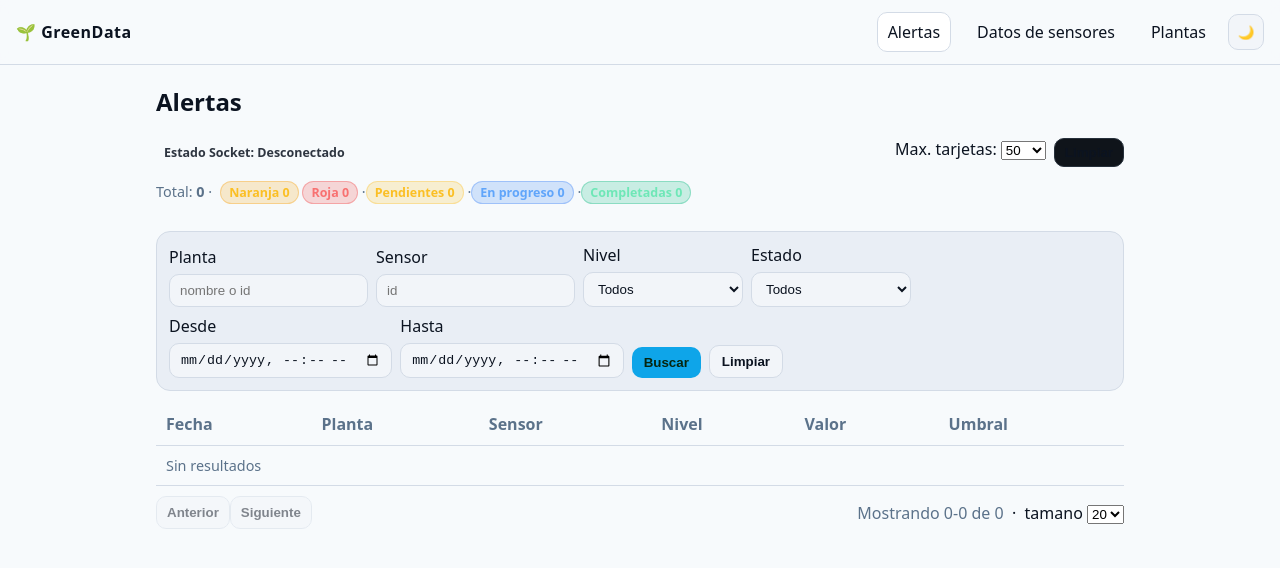
Repository: vicente3000/Sistema-de-sensores
Page: /alertas (app in frontend/)
An editor plug-in stored every save of this project. The page is shown before and after the next save, followed by the edit.
The browser window is 1280 px wide. The pictures show the whole page.
The page's requests for data from a server got no answer. The project was rebuilt for these pictures with package versions that can differ from the ones it lists, and the page was loaded fresh each time. No one was signed in, and anything a server would have sent is missing. Also part of the build but not shown: frontend/src/css/Home.css, frontend/src/pages/Home.tsx, frontend/src/css/Modal.css, frontend/src/components/ConfirmModal.tsx, frontend/src/pages/Plants.tsx, frontend/src/css/SensorData.css, frontend/src/lib/History.ts, frontend/src/lib/RealTime.ts and 2 more.

Above is the page before, as saved 2025-11-17 18:16:01.

### frontend/index.html
<!doctype html>
<html lang="es">
<head>
    <meta charset="UTF-8" />
    <meta name="viewport" content="width=device-width, initial-scale=1.0"/>
    <title>GreenData</title>
</head>
<body>
<div id="root"></div>
<script type="module" src="src/main.tsx"></script>
</body>
</html>

### frontend/src/main.tsx
import React from "react";
import ReactDOM from "react-dom/client";
import { BrowserRouter } from "react-router-dom";
import App from "./App";
import "./css/styles.css";

// Aplicar tema inicial lo antes posible
(() => {
  try {
    const saved = localStorage.getItem("theme");
    let initial: "light" | "dark" = "dark";
    if (saved === "light" || saved === "dark") initial = saved;
    else if (
      window.matchMedia &&
      window.matchMedia("(prefers-color-scheme: dark)").matches
    )
      initial = "dark";
    else initial = "light";
    document.documentElement.setAttribute("data-theme", initial);
  } catch {}
})();

ReactDOM.createRoot(document.getElementById("root")!).render(
  <React.StrictMode>
    <BrowserRouter>
      <App />
    </BrowserRouter>
  </React.StrictMode>
);

### frontend/src/App.tsx
import { Route, Routes } from "react-router-dom";
import NavBar from "./components/NavBar";
import Alerts from "./pages/Alerts";
import Home from "./pages/Home";
import Plants from "./pages/Plants";
import SensorData from "./pages/SensorData";

export default function App() {
  return (
    <>
      <NavBar />
      <main className="container">
        <Routes>
          <Route path="/" element={<Home />} />
          <Route path="/alertas" element={<Alerts />} />
          <Route path="/sensores" element={<SensorData />} />
          {/* Ruta removida: agregar planta ahora integrado en /plantas */}
          <Route path="/plantas" element={<Plants />} />
        </Routes>
      </main>
    </>
  );
}

### frontend/src/css/styles.css
:root,
[data-theme="light"] {
  --bg: #f7fafc; /* Fondo principal */
  --fg: #0b1320; /* Texto principal */
  --muted: #5b728a; /* Texto secundario */
  --card: #ffffff; /* Fondo de tarjetas y nav */
  --surface: #f2f5f9; /* Controles, inputs */
  --surface-2: #e9eef5; /* Bloques alternos */
  --border: #d3dbe6; /* Borde suave */
  --accent: #0ea5e9; /* Color de acento */
}

[data-theme="dark"] {
  --bg: #0b0f13; /* Fondo principal */
  --fg: #e8f0f7; /* Texto principal */
  --muted: #9db2c7; /* Texto secundario */
  --card: #121821; /* Fondo de tarjetas y nav */
  --surface: #0f141a; /* Controles, inputs */
  --surface-2: #050814; /* Bloques alternos */
  --border: #1e2630; /* Borde */
  --accent: #7dd386; /* Color de acento */
}

/* Configuración global */
* {
  box-sizing: border-box;
}
body {
  margin: 0;
  background: var(--bg);
  color: var(--fg);
  font-family: system-ui, sans-serif;
}
a {
  color: inherit;
  text-decoration: none;
}
.container {
  max-width: 1000px;
  margin: 20px auto;
  padding: 0 16px;
}

/* Barra de navegación */
.navbar {
  display: flex;
  justify-content: space-between;
  align-items: center;
  padding: 14px 16px;
  border-bottom: 1px solid var(--border);
  position: sticky;
  top: 0;
  background: color-mix(in oklab, var(--bg) 85%, transparent);
  backdrop-filter: blur(8px);
}
.brand {
  font-weight: 700;
  letter-spacing: 0.5px;
}
.navbar nav a {
  margin-left: 16px;
  padding: 8px 10px;
  border-radius: 10px;
}
.navbar nav a.active {
  background: var(--card);
  border: 1px solid var(--border);
}

/* Tarjetas en cuadrícula (Home) */
.card-grid {
  display: grid;
  grid-template-columns: repeat(auto-fit, minmax(240px, 1fr));
  gap: 16px;
  padding: 24px 0;
}
.card {
  background: var(--card);
  border: 1px solid var(--border);
  padding: 18px;
  border-radius: 16px;
  transition: transform 0.12s ease, border-color 0.12s;
}
.card:hover {
  transform: translateY(-2px);
  border-color: color-mix(in oklab, var(--border), transparent 40%);
}
.card h2 {
  margin: 0 0 8px;
  color: var(--accent);
}
.card p {
  color: var(--muted);
  margin: 0;
}

/*Formularios */
.form {
  display: grid;
  gap: 12px;
  max-width: 420px;
  margin-top: 12px;
}
input,
button {
  padding: 10px 12px;
  border-radius: 10px;
  border: 1px solid var(--border);
  background: var(--surface);
  color: var(--fg);
}
button {
  background: var(--accent);
  color: #07220e;
  border: none;
  font-weight: 600;
  cursor: pointer;
}
button:hover {
  filter: brightness(0.95);
}

/* Toggle de tema */
.theme-toggle {
  margin-left: 12px;
  display: inline-flex;
  align-items: center;
  justify-content: center;
  width: 36px;
  height: 36px;
  border-radius: 10px;
  border: 1px solid var(--border);
  background: var(--surface);
  color: var(--fg);
  cursor: pointer;
}
.theme-toggle:hover {
  filter: brightness(0.97);
}
.navbar .right {
  display: flex;
  align-items: center;
}

### frontend/src/components/NavBar.tsx
import { useEffect, useState } from "react";
import { Link, NavLink } from "react-router-dom";

export default function NavBar() {
  const getInitialTheme = (): "light" | "dark" => {
    const saved = localStorage.getItem("theme");
    if (saved === "light" || saved === "dark") return saved;
    const prefersDark =
      window.matchMedia &&
      window.matchMedia("(prefers-color-scheme: dark)").matches;
    return prefersDark ? "dark" : "light";
  };

  const [theme, setTheme] = useState<"light" | "dark">(getInitialTheme());

  useEffect(() => {
    document.documentElement.setAttribute("data-theme", theme);
    localStorage.setItem("theme", theme);
  }, [theme]);

  const toggleTheme = () => {
    setTheme((t) => (t === "dark" ? "light" : "dark"));
  };

  return (
    <header className="navbar">
      <Link to="/" className="brand">
        🌱 GreenData
      </Link>
      <div className="right">
        <nav>
          <NavLink to="/alertas">Alertas</NavLink>
          <NavLink to="/sensores">Datos de sensores</NavLink>
          <NavLink to={"/plantas"}>Plantas</NavLink>
        </nav>
        <button
          className="theme-toggle"
          title={theme === "dark" ? "Cambiar a claro" : "Cambiar a oscuro"}
          aria-label={
            theme === "dark" ? "Cambiar a tema claro" : "Cambiar a tema oscuro"
          }
          onClick={toggleTheme}
        >
          {theme === "dark" ? "☀️" : "🌙"}
        </button>
      </div>
    </header>
  );
}

### frontend/src/css/Alerts.css
.alerts-toolbar {
  display: flex;
  gap: 8px;
  align-items: center;
  margin: 12px 0;
}
.filters {
  display: flex;
  flex-wrap: wrap;
  gap: 8px;
  align-items: end;
  margin: 12px 0;
}
.filters .field {
  display: flex;
  flex-direction: column;
  gap: 6px;
}
.filters input,
.filters select {
  padding: 8px 10px;
  border-radius: 10px;
  border: 1px solid var(--border);
  background: var(--surface);
  color: var(--fg);
}
.filters button {
  padding: 8px 12px;
  border-radius: 10px;
  border: none;
  background: var(--accent);
  color: #06250f;
  font-weight: 600;
}
.filters .btn-secondary {
  background: var(--surface);
  color: var(--fg);
  border: 1px solid var(--border);
}
.alert-list {
  display: grid;
  gap: 12px;
  grid-template-columns: repeat(auto-fit, minmax(260px, 1fr));
}
.alert-card {
  background: var(--card);
  border: 1px solid var(--border);
  border-radius: 14px;
  padding: 12px 14px;
}
.alert-card h3 {
  margin: 0 0 6px;
  font-size: 1.05rem;
}
.alert-meta {
  color: var(--muted);
  font-size: 0.9rem;
}

.alert--orange {
  border-color: #8a6b2f;
  box-shadow: 0 0 0 1px #8a6b2f inset;
}
.alert--red {
  border-color: #7a2d2d;
  box-shadow: 0 0 0 1px #7a2d2d inset;
}

.badge {
  display: inline-block;
  padding: 2px 8px;
  border-radius: 999px;
  font-weight: 700;
  font-size: 0.78rem;
}
.badge.orange {
  background: #f59e0b33;
  color: #fbbf24;
  border: 1px solid #f59e0b55;
}
.badge.red {
  background: #ef444433;
  color: #f87171;
  border: 1px solid #ef444455;
}

/* nuevos estados de alerta */
.badge.alert-status-pend {
  background: #fbbf2433;
  color: #fbbf24;
  border: 1px solid #fbbf2455;
}
.badge.alert-status-prog {
  background: #3b82f633;
  color: #60a5fa;
  border: 1px solid #3b82f655;
}
.badge.alert-status-comp {
  background: #10b98133;
  color: #6ee7b7;
  border: 1px solid #10b98155;
}

.actions {
  display: flex;
  gap: 8px;
  margin-left: auto;
}
button.btn-sm {
  padding: 6px 10px;
  border-radius: 10px;
  border: 1px solid #26303b;
  background: #0f141a;
  color: var(--fg);
  cursor: pointer;
}
button.btn-sm:hover {
  filter: brightness(0.95);
}

/* tabla de alertas */
.alert-table {
  width: 100%;
  border-collapse: separate;
  border-spacing: 0;
  margin-top: 8px;
}
.alert-table th,
.alert-table td {
  text-align: left;
  padding: 10px;
  border-bottom: 1px solid var(--border);
}
.alert-table th {
  color: var(--muted);
  font-weight: 600;
}
.level-dot {
  display: inline-block;
  width: 10px;
  height: 10px;
  border-radius: 50%;
  margin-right: 6px;
  vertical-align: middle;
}
.level-red {
  background: #ef4444;
}
.level-orange {
  background: #f59e0b;
}

.pager {
  display: flex;
  justify-content: space-between;
  align-items: center;
  gap: 8px;
  margin-top: 10px;
}
.pager .btn {
  padding: 8px 10px;
  border-radius: 10px;
  border: 1px solid var(--border);
  background: var(--surface);
  color: var(--fg);
  cursor: pointer;
}
.pager .btn[disabled] {
  opacity: 0.5;
  cursor: not-allowed;
}

/* agrupación filtros */
.filters-categories {
  border: 1px solid var(--border);
  padding: 12px;
  border-radius: 14px;
  background: var(--surface-2);
}
.filters .field-group {
  min-width: 160px;
}

/* selector de estado inline */
.status-select {
  padding: 2px 6px;
  border-radius: 8px;
  border: 1px solid var(--border);
  background: var(--surface);
  color: var(--fg);
  font-size: 0.7rem;
}
.status-select:focus {
  outline: 2px solid var(--accent);
  outline-offset: 2px;
}
.status-pend {
}
.status-en_progreso {
}
.status-completado {
}

### frontend/src/lib/Api.ts
// api client simple para UI
export type PlantDoc = {
  _id: string;
  name: string;
  type?: string;
  createdAt?: string;
};
export type SensorDoc = {
  _id: string;
  plantId: string;
  type: "humidity" | "ph" | "temp" | "lux";
  unit?: string;
  createdAt?: string;
};
export type ThresholdDoc = {
  _id?: string;
  sensorId: string;
  min: number;
  max: number;
  hysteresis?: number;
} | null;
export type AlertDoc = {
  _id: string;
  plantId: string;
  sensorId: string;
  value: number;
  level: "normal" | "grave" | "critica";
  createdAt: string;
};
export type AlertStatus = "pendiente" | "en_progreso" | "completado";

// Fallback inteligente: dentro de Docker el hostname correcto suele ser 'api'
// Si no hay VITE_API_BASE_URL y estamos en localhost (desarrollo fuera de contenedores) usamos localhost,
// de lo contrario usamos 'http://api:3000'.
const API_BASE =
  (import.meta as any).env?.VITE_API_BASE_URL ||
  (typeof window !== "undefined" && window.location.hostname === "localhost"
    ? "http://localhost:3000"
    : "http://api:3000");
const v1 = (p: string) => `${API_BASE}/api/v1${p}`;

async function http<T>(input: RequestInfo, init?: RequestInit): Promise<T> {
  const res = await fetch(input, init);
  if (!res.ok) {
    const text = await res.text().catch(() => "");
    throw new Error(`HTTP ${res.status} ${text}`);
  }
  const body = await res.json().catch(() => null);
  return (body?.data ?? body) as T;
}

// plantas
export async function listPlants(params?: {
  q?: string;
  limit?: number;
  offset?: number;
}) {
  const url = new URL(v1("/plants"));
  if (params?.q) url.searchParams.set("q", params.q);
  if (params?.limit) url.searchParams.set("limit", String(params.limit));
  if (params?.offset) url.searchParams.set("offset", String(params.offset));
  return http<{
    items: PlantDoc[];
    total: number;
    limit: number;
    offset: number;
  }>(url.toString());
}

export async function createPlant(input: { name: string; type?: string }) {
  return http<PlantDoc>(v1("/plants"), {
    method: "POST",
    headers: { "Content-Type": "application/json" },
    body: JSON.stringify(input),
  });
}

export async function getPlant(id: string) {
  return http<PlantDoc>(v1(`/plants/${id}`));
}

export async function updatePlant(
  id: string,
  input: { name?: string; type?: string }
) {
  return http<PlantDoc>(v1(`/plants/${id}`), {
    method: "PATCH",
    headers: { "Content-Type": "application/json" },
    body: JSON.stringify(input),
  });
}

export async function deletePlant(id: string) {
  return http<{ deleted: true }>(v1(`/plants/${id}`), { method: "DELETE" });
}

// sensores
export async function listSensors(
  plantId: string,
  params?: { type?: SensorDoc["type"]; limit?: number; offset?: number }
) {
  const url = new URL(v1(`/plants/${plantId}/sensors`));
  if (params?.type) url.searchParams.set("type", params.type);
  if (params?.limit) url.searchParams.set("limit", String(params.limit));
  if (params?.offset) url.searchParams.set("offset", String(params.offset));
  return http<{
    items: SensorDoc[];
    total: number;
    limit: number;
    offset: number;
  }>(url.toString());
}

export async function createSensor(
  plantId: string,
  input: { type: SensorDoc["type"]; unit?: string }
) {
  return http<SensorDoc>(v1(`/plants/${plantId}/sensors`), {
    method: "POST",
    headers: { "Content-Type": "application/json" },
    body: JSON.stringify(input),
  });
}

export async function deleteSensor(sensorId: string) {
  return http<{ deleted: true }>(v1(`/sensors/${sensorId}`), {
    method: "DELETE",
  });
}

// threshold
export async function getThreshold(sensorId: string): Promise<ThresholdDoc> {
  try {
    return await http<ThresholdDoc>(v1(`/sensors/${sensorId}/threshold`));
  } catch (e: any) {
    if (String(e.message).startsWith("HTTP 404")) return null;
    throw e;
  }
}

export async function upsertThreshold(
  sensorId: string,
  input: { min: number; max: number; hysteresis?: number }
) {
  return http<ThresholdDoc>(v1(`/sensors/${sensorId}/threshold`), {
    method: "PUT",
    headers: { "Content-Type": "application/json" },
    body: JSON.stringify(input),
  });
}

// alertas
export async function listAlerts(params?: {
  plantId?: string;
  sensorId?: string;
  from?: string;
  to?: string;
  level?: "normal" | "grave" | "critica";
  status?: "pendiente" | "en_progreso" | "completado";
  limit?: number;
}) {
  const url = new URL(v1("/alerts"));
  if (params?.plantId) url.searchParams.set("plantId", params.plantId);
  if (params?.sensorId) url.searchParams.set("sensorId", params.sensorId);
  if (params?.from) url.searchParams.set("from", params.from);
  if (params?.to) url.searchParams.set("to", params.to);
  if (params?.level) url.searchParams.set("level", params.level);
  if (params?.status) url.searchParams.set("status", params.status);
  if (params?.limit) url.searchParams.set("limit", String(params.limit));
  return http<AlertDoc[]>(url.toString());
}

export async function updateAlertStatus(id: string, status: AlertStatus) {
  return http(v1(`/alerts/${id}/status`), {
    method: "PATCH",
    headers: { "Content-Type": "application/json" },
    body: JSON.stringify({ status }),
  });
}

### frontend/src/services/socket.ts
import { io } from "socket.io-client";

const URL = import.meta.env.VITE_SOCKET_URL || "http://localhost:3000";

// conexion persistente (solo websocket)
export const socket = io(URL, {
    autoConnect: true,
    transports: ["websocket"],
});

### frontend/src/css/Plants.css
.plants-toolbar {
  display: flex;
  justify-content: space-between;
  align-items: center;
  gap: 12px;
  margin: 12px 0;
  flex-wrap: wrap;
}

.search {
  flex: 1;
  max-width: 420px;
  padding: 10px 12px;
  border-radius: 10px;
  border: 1px solid var(--border);
  background: var(--surface);
  color: var(--fg);
}

/* boton volver cuando se esta editando */

.back-button {
  margin-top: 16px;
  margin-bottom: 12px;
}

/* panel de edicion grande */

.plant-edit-panel {
  background: var(--card);
  border: 1px solid var(--border);
  border-radius: 16px;
  padding: 16px;
}

.edit-header {
  display: flex;
  align-items: center;
  gap: 12px;
  justify-content: space-between;
  flex-wrap: wrap;
}

.edit-header h2 {
  margin: 0;
}

/* lista en filas */

.plants-list {
  list-style: none;
  margin: 16px 0 0;
  padding: 0;
  border-radius: 16px;
  border: 1px solid var(--border);
  overflow: hidden;
  background: var(--surface-2);
}

.plant-row {
  display: flex;
  justify-content: space-between;
  align-items: center;
  gap: 12px;
  padding: 12px 16px;
}

.plant-row + .plant-row {
  border-top: 1px solid var(--border);
}

.plant-row-name {
  display: flex;
  align-items: center;
  gap: 8px;
  flex-wrap: wrap;
}

.plant-name-main {
  font-weight: 600;
  color: var(--fg);
}

.plant-row-actions {
  display: flex;
  gap: 8px;
  flex-wrap: wrap;
}

/* botones base (sin colores) */

.plant-edit-panel button,
.plants-list button {
  border-radius: 10px;
  padding: 8px 12px;
  cursor: pointer;
  font: inherit;
  border: none;
}

.plant-edit-panel button:hover,
.plants-list button:hover {
  opacity: 0.9;
}

/* variantes de boton */

.btn-primary {
  background: var(--accent);
  color: #0b1120;
}

.btn-secondary {
  background: var(--surface);
  border: 1px solid var(--border);
  color: var(--fg);
}

.btn-danger {
  background: #ef4444;
  color: #fee2e2;
}

/* texto */

.muted {
  color: var(--muted);
}

.sm {
  font-size: 0.85rem;
}

.pill {
  border: 1px solid var(--border);
  background: var(--surface);
  color: var(--fg);
  border-radius: 999px;
  font-size: 0.8rem;
  padding: 2px 10px;
}

/* grids y subcards del panel de edicion */

.grid-2 {
  display: grid;
  gap: 12px;
  grid-template-columns: repeat(2, minmax(0, 1fr));
}

.edit-grid {
  display: grid;
  gap: 12px;
  grid-template-columns: repeat(2, minmax(0, 1fr));
  margin-top: 12px;
}

.col-span-2 {
  grid-column: 1 / -1;
}

.subcard {
  background: var(--surface);
  border: 1px solid var(--border);
  border-radius: 12px;
  padding: 12px;
}

.subcard h3 {
  margin: 0 0 8px;
  color: var(--accent);
}

.subcard .form {
  max-width: unset;
  margin-top: 0;
}

/* acciones dentro de subcards */

.actions-row {
  display: flex;
  gap: 10px;
  margin-top: 12px;
  flex-wrap: wrap;
}

/* lista de sensores dentro del panel de edicion */

.sensor-list {
  list-style: none;
  margin: 10px 0 0;
  padding: 0;
  display: grid;
  gap: 8px;
}

.sensor-list.compact .sensor-item {
  background: var(--surface-2);
  border: 1px solid var(--border);
  border-radius: 12px;
  padding: 8px 10px;
  display: flex;
  justify-content: space-between;
  align-items: center;
  gap: 8px;
  flex-wrap: wrap;
}

/* fila de controles de umbrales */

.sensor-controls {
  display: flex;
  gap: 8px;
  align-items: center;
  flex-wrap: wrap;
}

.sensor-controls input[type="number"] {
  max-width: 90px;
}

/* responsive */

@media (max-width: 900px) {
  .edit-grid {
    grid-template-columns: 1fr;
  }

  .grid-2 {
    grid-template-columns: 1fr;
  }
}

@media (max-width: 700px) {
  .plant-row {
    flex-direction: column;
    align-items: flex-start;
  }

  .plant-row-actions {
    width: 100%;
  }
}

Loaded but not shown: frontend/src/pages/Alerts.tsx (532 lines, source omitted)

After the next save:
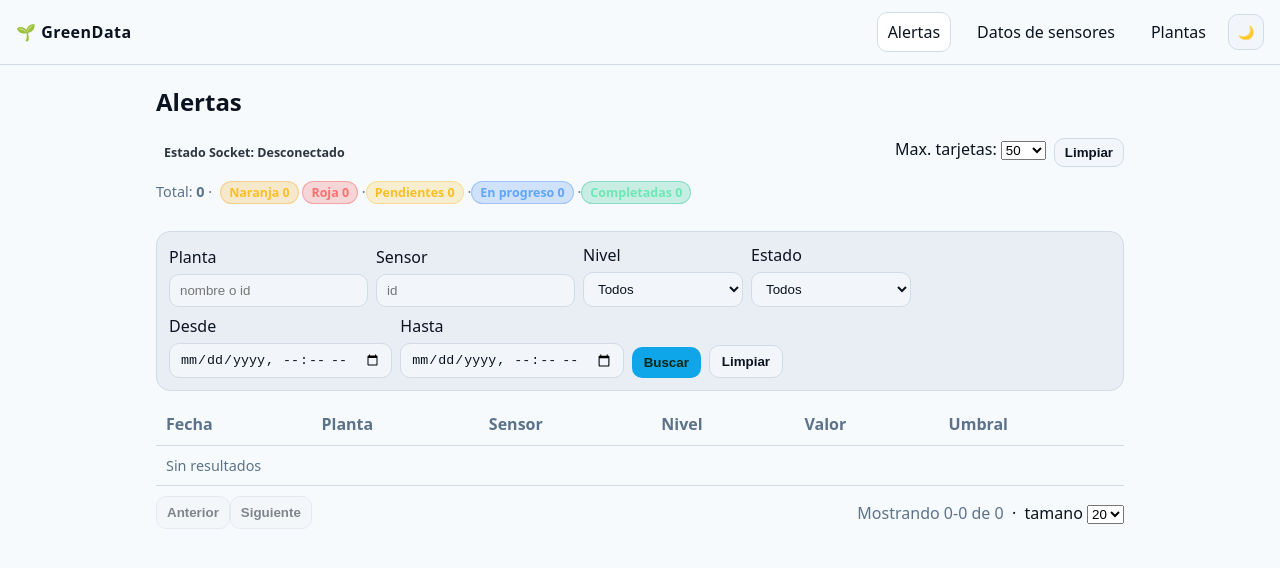
Saved 2 min 58 s later.
--- a/frontend/src/css/Alerts.css
+++ b/frontend/src/css/Alerts.css
@@ -109,8 +109,8 @@
 button.btn-sm {
   padding: 6px 10px;
   border-radius: 10px;
-  border: 1px solid #26303b;
-  background: #0f141a;
+  border: 1px solid var(--border);
+  background: var(--surface);
   color: var(--fg);
   cursor: pointer;
 }
